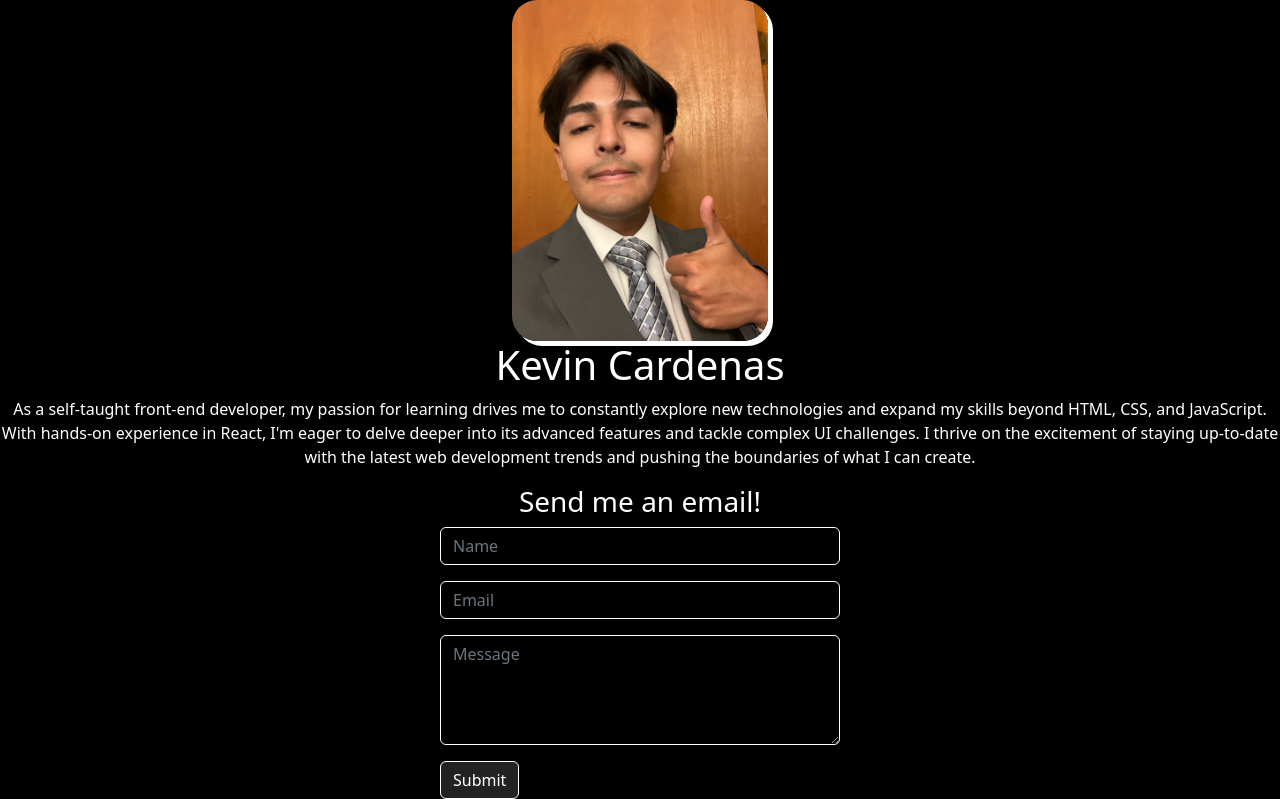
Repository: elqueben/elqueben.github.io
Page: public/index.html
These files come from the project's save history. The page is drawn as it stood at one moment and after a run of saves; the edit follows.
The browser window is 1280 px wide. The pictures show the whole page.
The pointer rests on the first visible `.btn-primary`.

Above is the page before, as saved 2023-06-20 12:00:29.

### public/index.html
<!DOCTYPE html>
<html lang="en">
<head>
  <meta charset="UTF-8">
  <meta name="viewport" content="width=device-width, initial-scale=1.0">
  <link rel="stylesheet" href="https://cdn.jsdelivr.net/npm/bootstrap@5.2.3/dist/css/bootstrap.min.css" integrity="sha384-rbsA2VBKQhggwzxH7pPCaAqO46MgnOM80zW1RWuH61DGLwZJEdK2Kadq2F9CUG65" crossorigin="anonymous">
  <link rel="stylesheet" href="styles.css">
  <title>elqueben</title>
</head>
<body>
  <div>
    <img id="pfp" src="me.jpg" />
  </div>
  <h1 class="text-center">Kevin Cardenas</h1>
  <p class="text-center">As a self-taught front-end developer, my passion for learning drives me to constantly explore new technologies and expand my skills beyond HTML, CSS, and JavaScript. With hands-on experience in React, I'm eager to delve deeper into its advanced features and tackle complex UI challenges. I thrive on the excitement of staying up-to-date with the latest web development trends and pushing the boundaries of what I can create.</p>
  <div>
    <div>
      <h3 class="text-center">Send me an email!</h3>
      <form class="my-form">
        <div class="mb-3">
          <input type="text" name="name" class="form-control" placeholder="Name">
        </div>
        <div class="mb-3">
          <input type="email" name="email" class="form-control" placeholder="Email">
        </div>
        <div class="mb-3">
          <textarea class="form-control" rows="4" placeholder="Message"></textarea>
        </div>
        <button type="submit" class="btn btn-primary">Submit</button>
      </form>
    </div>
  </div>
</body>
</html>

### public/styles.css
#pfp {
    width: 20%;
    display: block;
    margin: 0 auto;
    border: 2px;
    border-radius: 25px;
    box-shadow: 5px 5px;
  }

body {
  background-color: #000;
  color: #fff;
}

.my-form {
  max-width: 400px;
  margin: 0 auto;
}

.form-control {
  background-color: #000;
  border: 1px solid #fff;
  color: #fff;
}

.btn-primary {
  background-color: #000;
  border-color: #fff;
}

.btn-primary:hover {
    background-color: #222;
    border-color: #fff;
    color: #fff;
  }

After the next 5 saves:
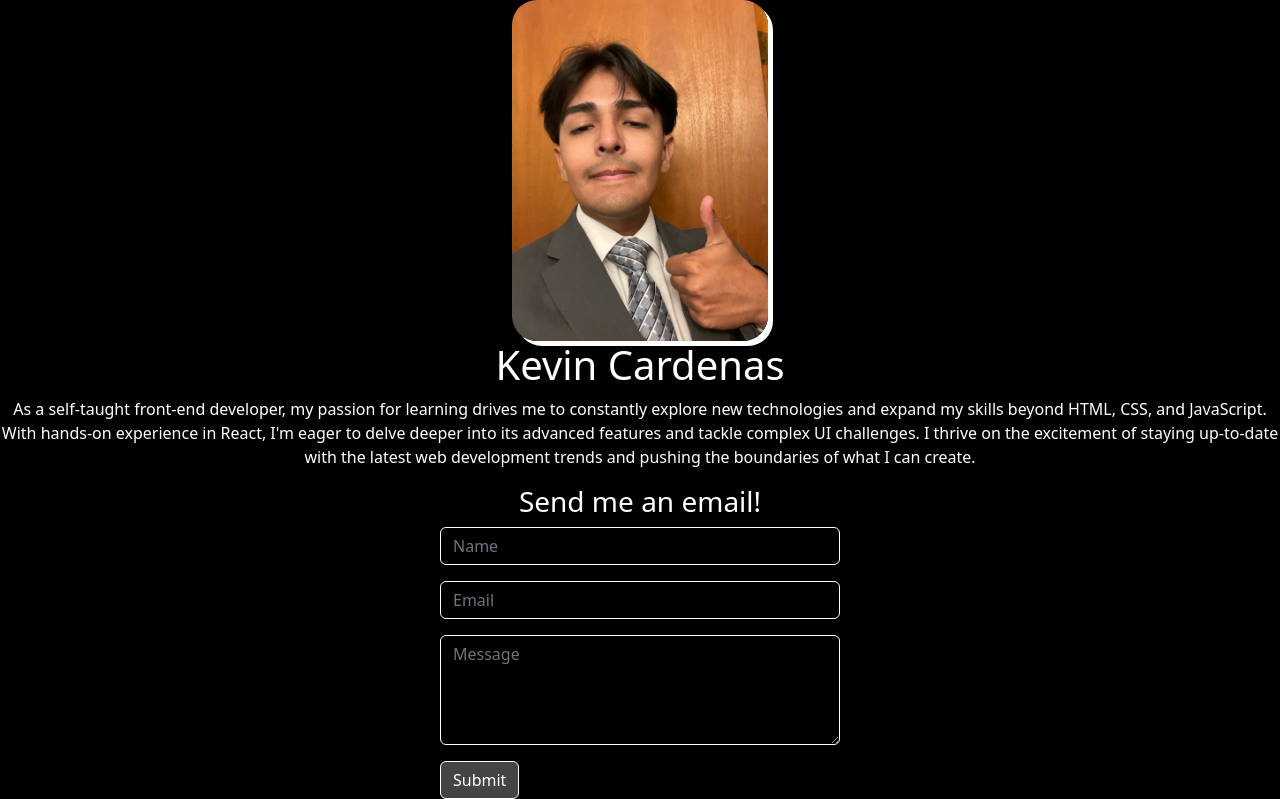
The 5 saves are shown as one change because they came seconds apart.
The last was saved 20 s later.
--- a/public/styles.css
+++ b/public/styles.css
@@ -29,7 +29,7 @@ body {
 }
 
 .btn-primary:hover {
-    background-color: #222;
+    background-color: #444;
     border-color: #fff;
     color: #fff;
   }
